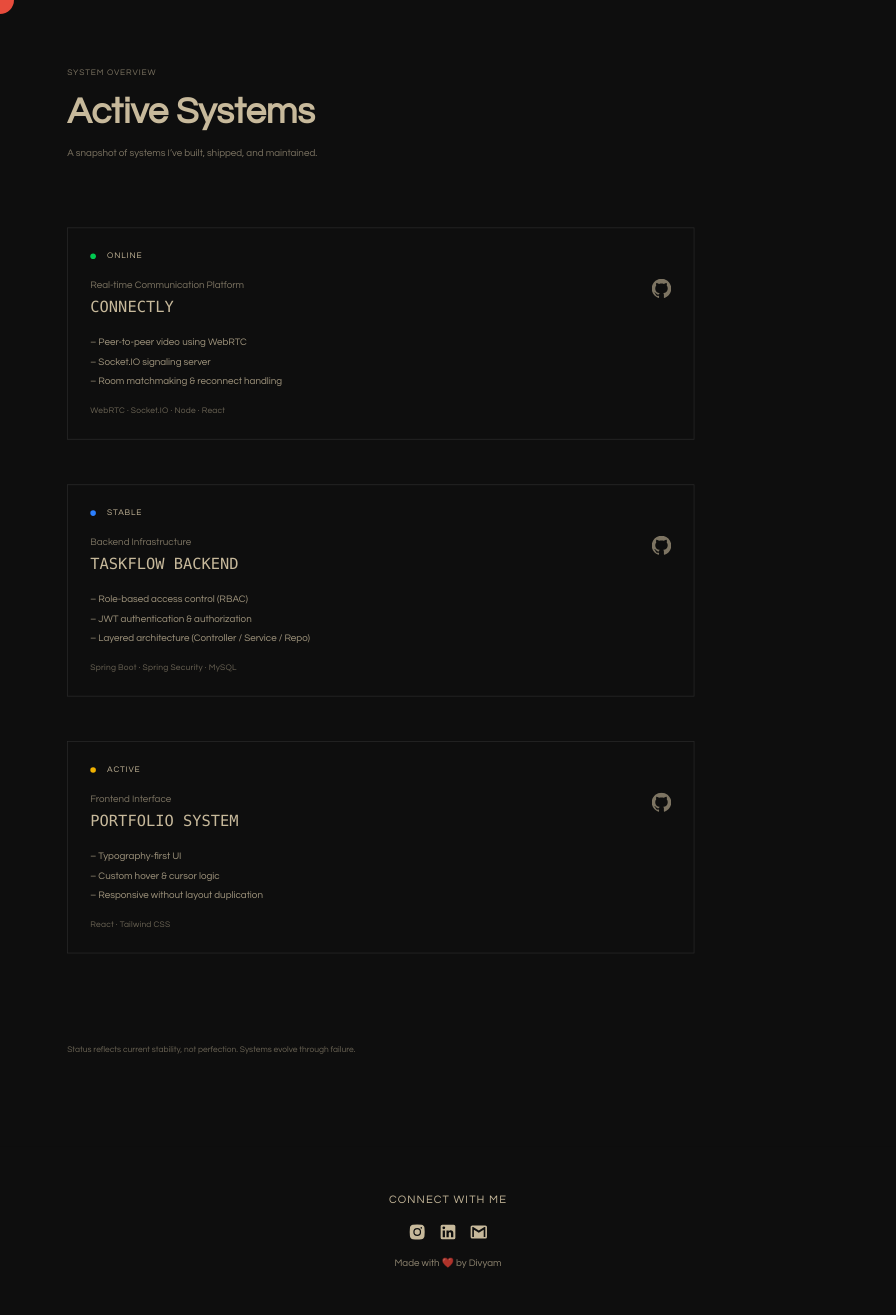
Repository: divyamGNH/DivyamPF
Page: /projects
These files come from the project's save history. The page is drawn as it stood at one moment and after the next save; the edit follows.
The browser window is 1280 px wide. The pictures show the whole page, at 70% of full size.
The project was rebuilt for these pictures with package versions that can differ from the ones it lists, and the page was loaded fresh each time. Also part of the build but not shown: vite.config.js, src/App.css, src/components/MaskLayer.jsx, src/pages/Landing.jsx, src/pages/topProjects.jsx, src/pages/Socials.jsx, src/pages/Navigations.jsx, src/animations/ScrolltoAnimate.jsx and 5 more.

Above is the page before, as saved 2025-12-21 03:13:33.

After the next save:
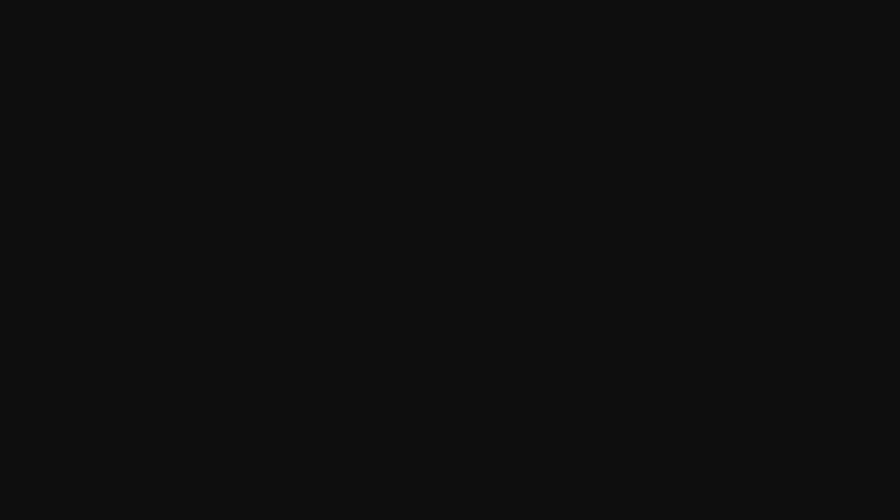
Console error: ReferenceError: GitHubIcon is not defined
Saved 28 s later.
--- a/src/pages/Projects.jsx
+++ b/src/pages/Projects.jsx
@@ -1,4 +1,4 @@
-import GitHubIcon from "./github.svg";
+// import GitHubIcon from "./github.svg";
 
 function Projects() {
   return (

After the save that followed:
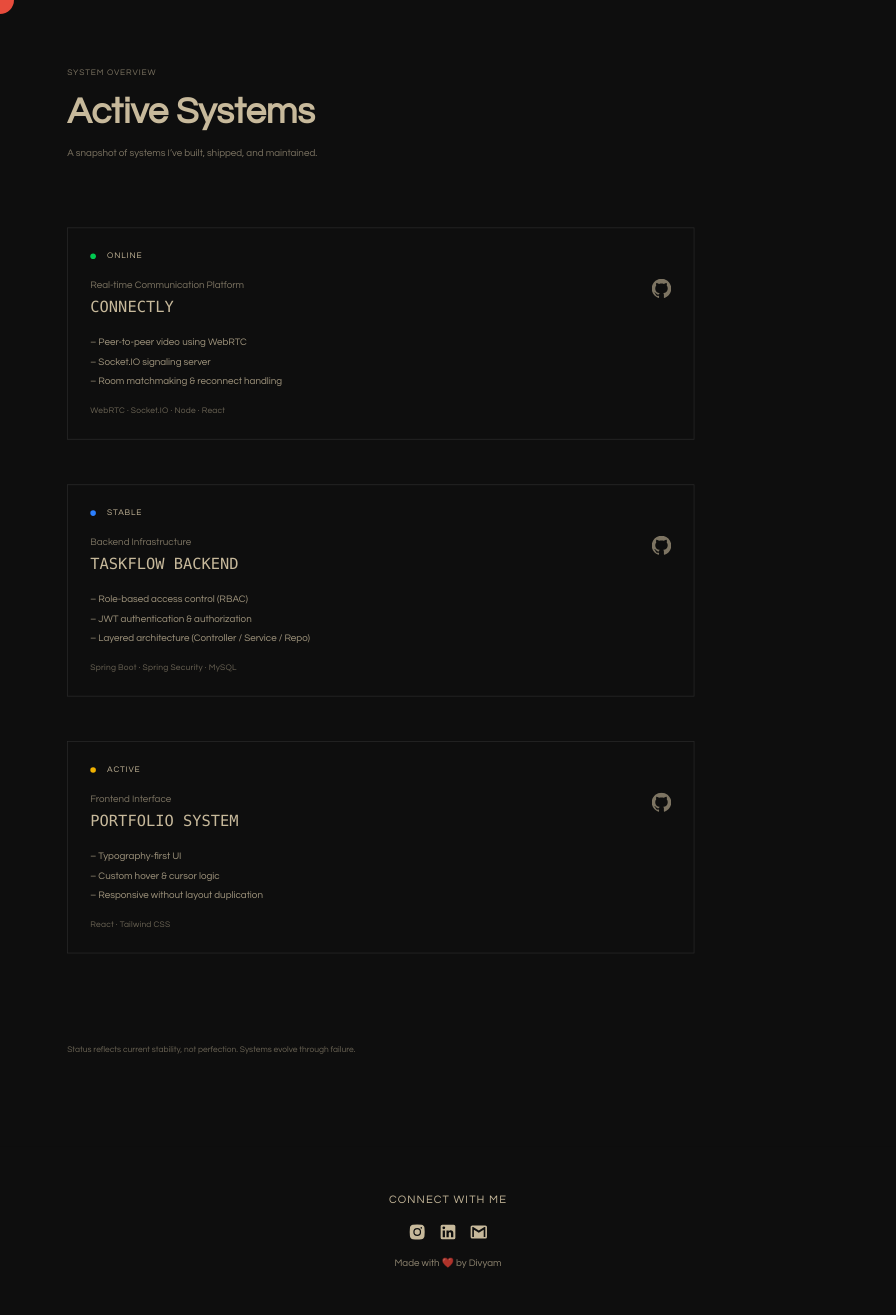
The error is gone.
Saved 33 s later.
--- a/src/pages/Projects.jsx
+++ b/src/pages/Projects.jsx
@@ -134,7 +134,7 @@ function System({
           aria-label="GitHub Repository"
         >
           <img
-            src={GitHubIcon}
+            src="./github.svg"
             alt="GitHub"
             className="w-6 h-6 sm:w-7 sm:h-7"
           />
